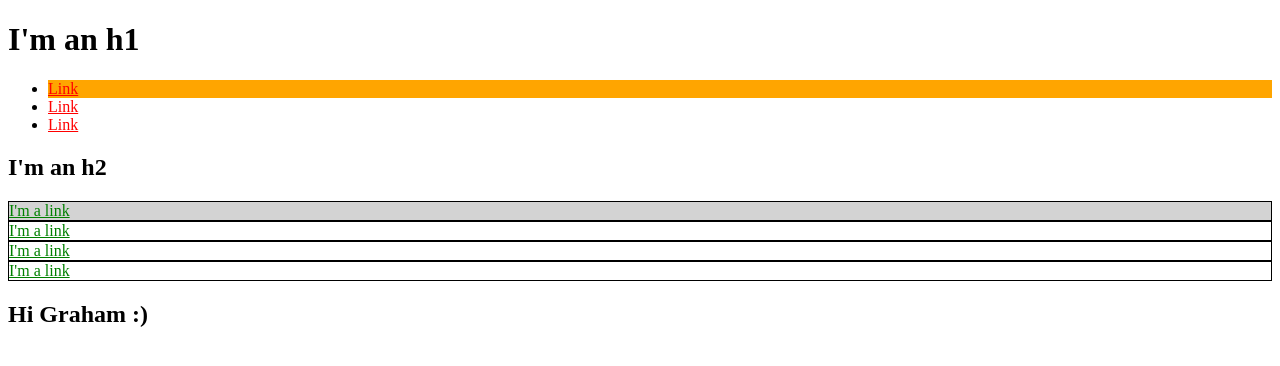
Repository: danielunsdorfer/danielunsdorfer.github.io
Page: index.html
The author's editor kept a record of every edit. The page is drawn from the files as they stood at one moment, then again after the next edit.
The browser window is 1280 px wide. The pictures show the whole page.

Above is the page before.

### index.html
<!DOCTYPE html>
<html>
  <head>
    <title>Test Page: Don't Panic</title>
    <meta charset="utf=8">
    <style>
      a {
        color: red;
      }
      #exec-bio {
        background-color: lightgray;
      }
      #orange-link {
        background-color: orange;
      }
      .azure-color {
        background-color: azure;
      }
      .bio-box {
        border: 1px solid black;
      }
      .bio-box a {
        color: green;
      }
    </style>
  </head>
  <body>
    <h1>I'm an h1</h1>
    <ul>
      <li id="orange-link">
        <a href="http://example.com/">Link</a>
      </li>
      <li>
        <a href="http://example.com/">Link</a>
      </li>
      <li>
        <a href="http://example.com/">Link</a>
      </li>
    </ul>
    <h2>I'm an h2</h2>
    <div id="exec-bio" class="bio-box azure-color">
      <a href="http://example.com/">I'm a link</a>
    </div>
    <div class="bio-box">
      <a href="http://example.com/">I'm a link</a>
    </div>
    <div class="bio-box">
      <a href="http://example.com/">I'm a link</a>
    </div>
    <div class="bio-box">
      <a href="http://example.com/">I'm a link</a>
    </div>
    <h2>Hi Graham :)</h2>
  </body>
</html>

After the next edit:
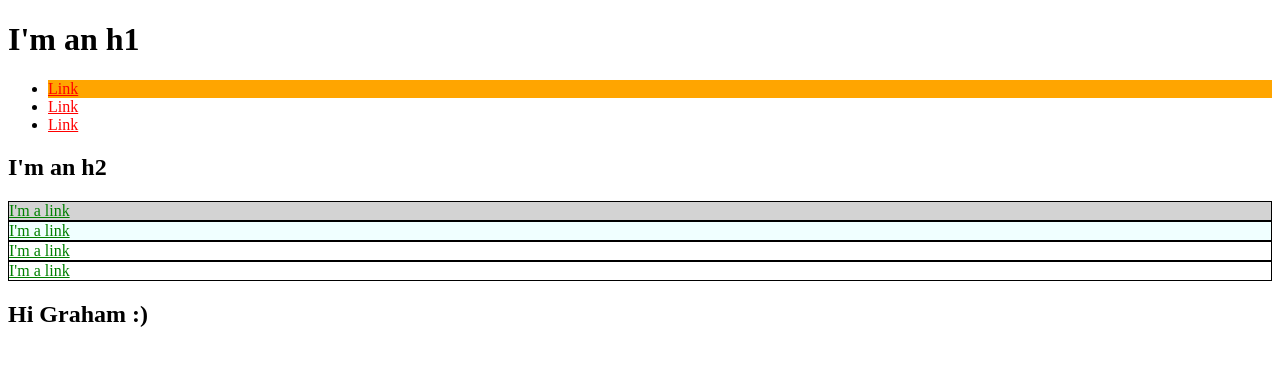
The edit:
--- a/index.html
+++ b/index.html
@@ -41,7 +41,7 @@
     <div id="exec-bio" class="bio-box azure-color">
       <a href="http://example.com/">I'm a link</a>
     </div>
-    <div class="bio-box">
+    <div class="bio-box azure-color">
       <a href="http://example.com/">I'm a link</a>
     </div>
     <div class="bio-box">
